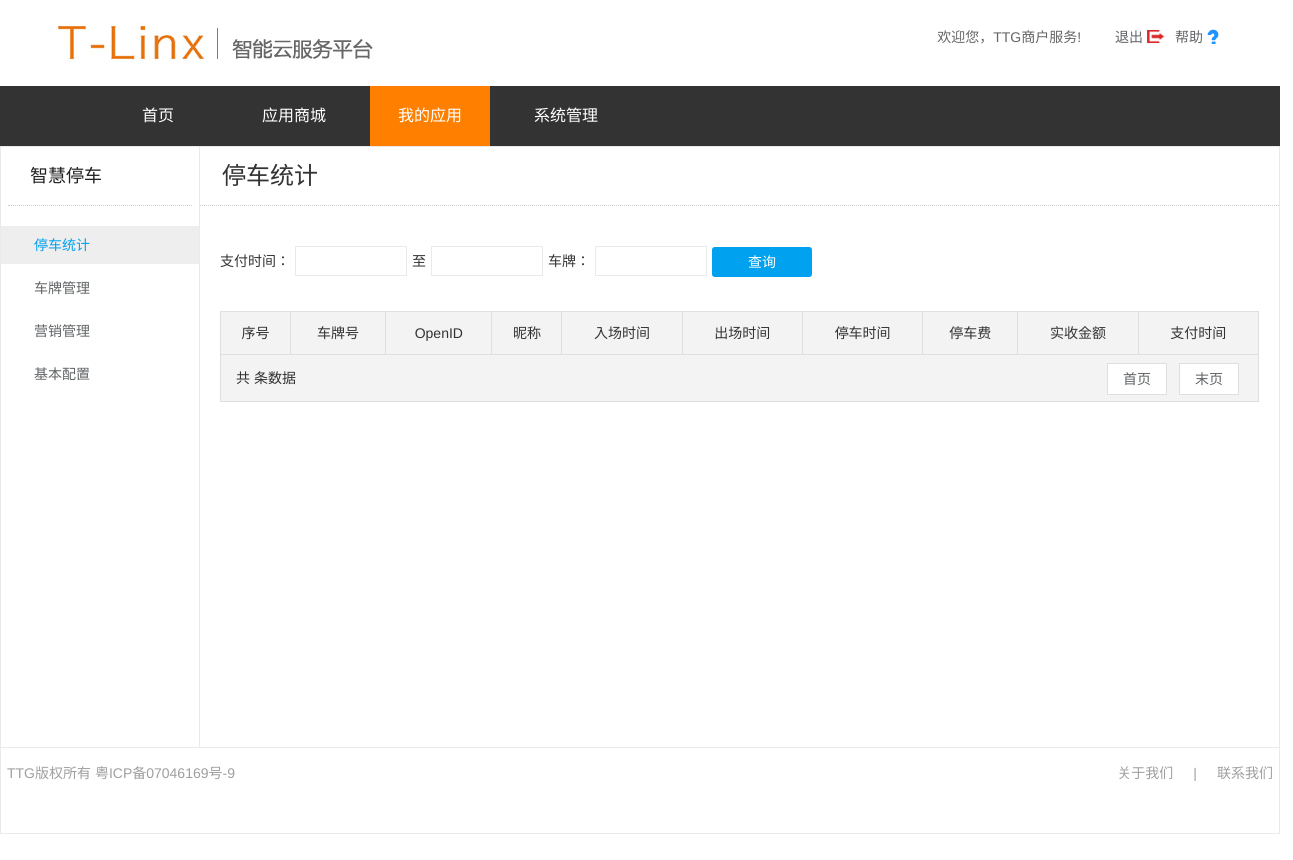
Repository: Keori/ParkCar
Page: admin/商户云/智慧停车/ParkManage.html
These files come from the project's save history. The page is drawn as it stood at one moment and after a run of saves; the edit follows.
The browser window is 1280 px wide. The page is 1293 px wide, so the pictures cover 1293 px, including what lies to the right of the window. The pictures show the whole page.
The page's requests for data from a server got no answer.

Above is the page before, as saved 2018-12-24 10:11:14.

After the next 2 saves:
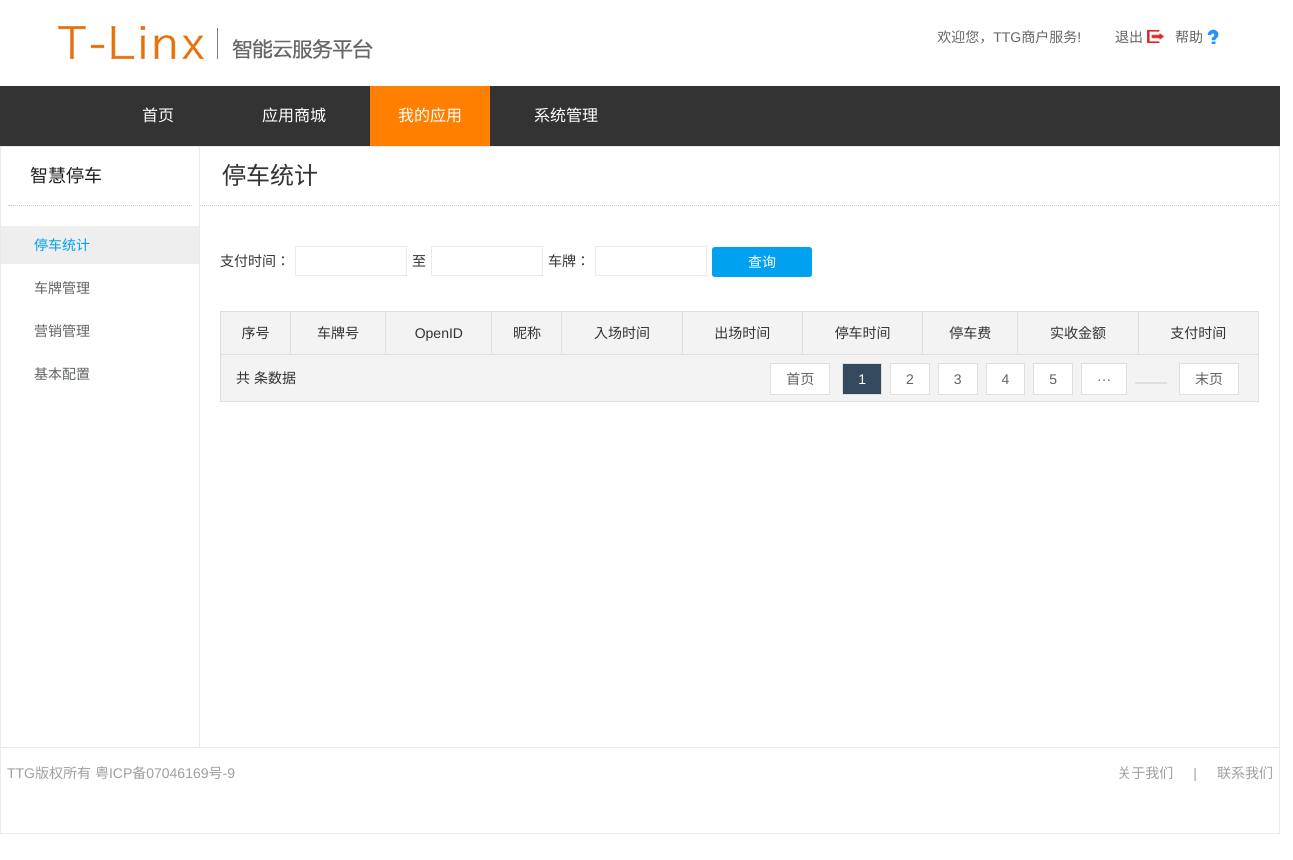
The 2 saves are shown as one change because they came seconds apart.
The last was saved 22 s later.
--- a/admin/商户云/智慧停车/ParkManage.html
+++ b/admin/商户云/智慧停车/ParkManage.html
@@ -147,15 +147,15 @@
         },
         computed:{
             items(){
-                // const c = this.pages.currPage
-                // const t = this.pages.totalPage
-                // if(c){
-                //     return [c]
-                // }else if(c >=6){
-                //     return ['···',c-1,c,c+1,'···',t]
-                // }else{
-                //     return [1,2,3,4,5,'···',t]
-                // }
+                const current = this.pages.currPage
+                const allpage = this.pages.totalPage
+                if(current){
+                    return [current]
+                }else if(current >=6){
+                    return ['···',current-1,current,current+1,'···',allpage]
+                }else{
+                    return [1,2,3,4,5,'···',allpage]
+                }
                 let pag = [];
                 if( this.current < this.showItem ){
                     let i = Math.min(this.showItem,this.allpage);
